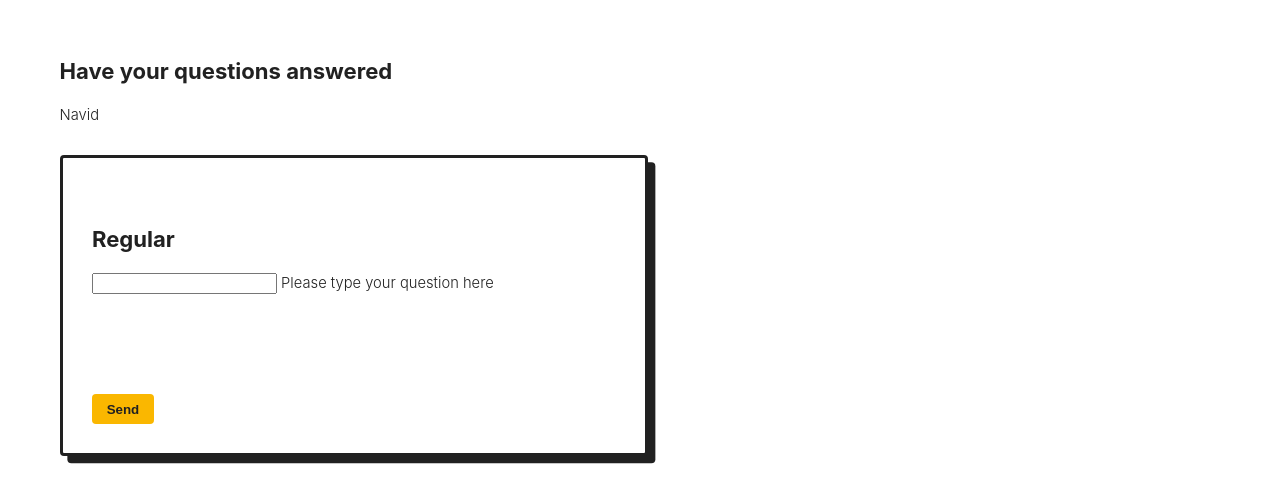
Repository: navid-amini12/capstone-1
Page: quiz.html
These files come from the project's save history. The page is drawn as it stood at one moment and after the next save; the edit follows.
The browser window is 1280 px wide. The pictures show the whole page.
Some web fonts or font styles are not loaded; a fallback is used.

Above is the page before, as saved 2022-05-17 12:30:05.

After the next save:
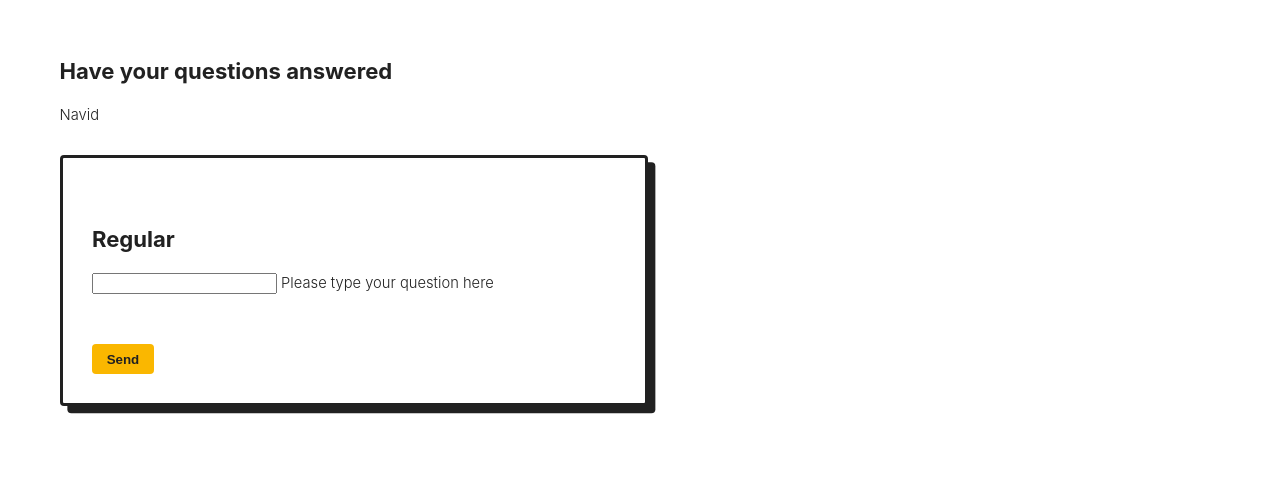
Saved 4 s later.
--- a/quiz.css
+++ b/quiz.css
@@ -59,7 +59,7 @@
 
 
 .button-group {
-  margin-top: 100px
+  margin-top: 50px
 }
 
 button {
